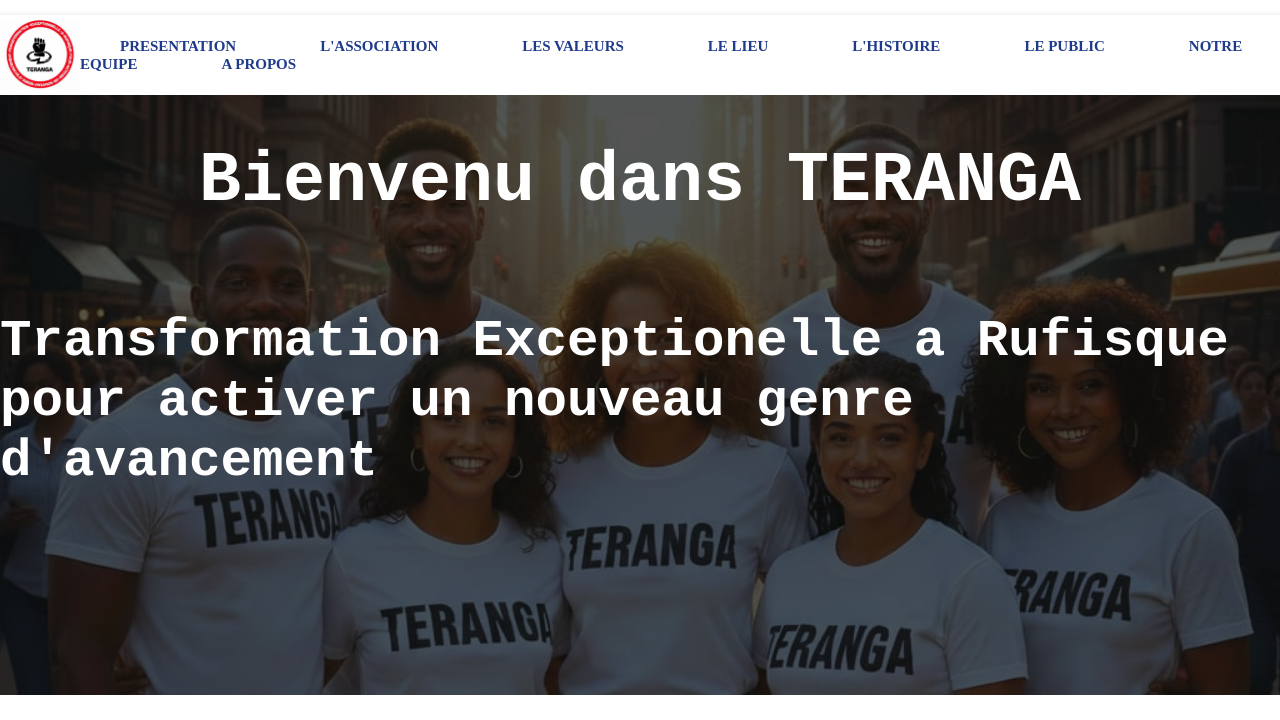
Repository: assanendao171/projet-teranga
Page: presentation.html
The author's editor kept a copy of each file at every save. The page is drawn from the files as they stood at one save, then again after the next save.
The browser window is 1280 px wide. The pictures show the whole page.

Above is the page before, as saved 2026-02-11 12:19:56.

### presentation.html
<!DOCTYPE html>
<html lang="en">
<head>
    <meta charset="UTF-8">
    <meta name="viewport" content="width=device-width, initial-scale=1.0">
    <title>Document</title>
    <link rel="stylesheet" href="presentation.css">
</head>
<body>
<!-- l'entete -->
 <header>
        <!-- logo -->
<img src="image/logo.jpeg" alt="" class="logo">
<div class="btn-nav">

    <nav>

<a href="presentation.html" target="_blank">PRESENTATION</a>
<a href="association.html" target="_blank">L'ASSOCIATION</a>
<a href="valeur.html" target="_blank">LES VALEURS</a>
<a href="lieu.html" target="_blank">LE LIEU</a>
<a href="histoire.html" target="_blank">L'HISTOIRE</a>
<a href="public.html" target="_blank">LE PUBLIC</a>
<a href="equipe.html" target="_blank">NOTRE EQUIPE</a>
<a href="propos.html" target="_blank">A PROPOS</a>
    </nav>
</div>
 </header>
 <!-- le hero -->
  <div class="hero">
<div class="texte-accrosse">
    <h1>Bienvenu dans TERANGA</h1>
    <h2>Transformation Exceptionelle a Rufisque pour activer un nouveau genre d'avancement </h2>
</div>
  </div>
 <!-- le corps -->
  <main></main>
  <!-- le pieds -->
   <footer></footer>
</body>
</html>

### presentation.css
body{
    margin: 15px 0 5px 0;
}
header{
width: 100%;
height: 80px;
background-color: #FFFFFF;
box-shadow: 2px 6px 6px 6px rgba(0, 0, 0, 0.1);
display: flex;
align-items: center;
justify-content: center;
}
nav a{
    margin: 40px;
    color: #1E3A8A;
    text-decoration: none;
    font-size: 15px;
    font-weight:900;
}
nav a:hover{
    text-decoration: underline;
}
.logo{
    width: 80px;
left: 10px;
}
.hero{
  width:100%;
  height:600px ;
  background-image:
    linear-gradient(rgba(0, 0, 0, 0.6), rgba(0, 0, 0, 0.6)),
    url("image/background.jpeg");
  background-size: cover;
  background-position: top;
  background-repeat: no-repeat;
}
.texte-accrosse{
display: flex;
flex-direction: column;
justify-content: center;
align-items: center;
color: rgb(255, 255, 255);
font-size: 35px;
font-family: 'Courier New', Courier, monospace;
}
.texte-accrosse{
display: flex;
flex-direction: column;
justify-content: center;
align-items: center;
color: rgb(255, 255, 255);
font-size: 35px;
font-family: 'Courier New', Courier, monospace;
}

After the next save:
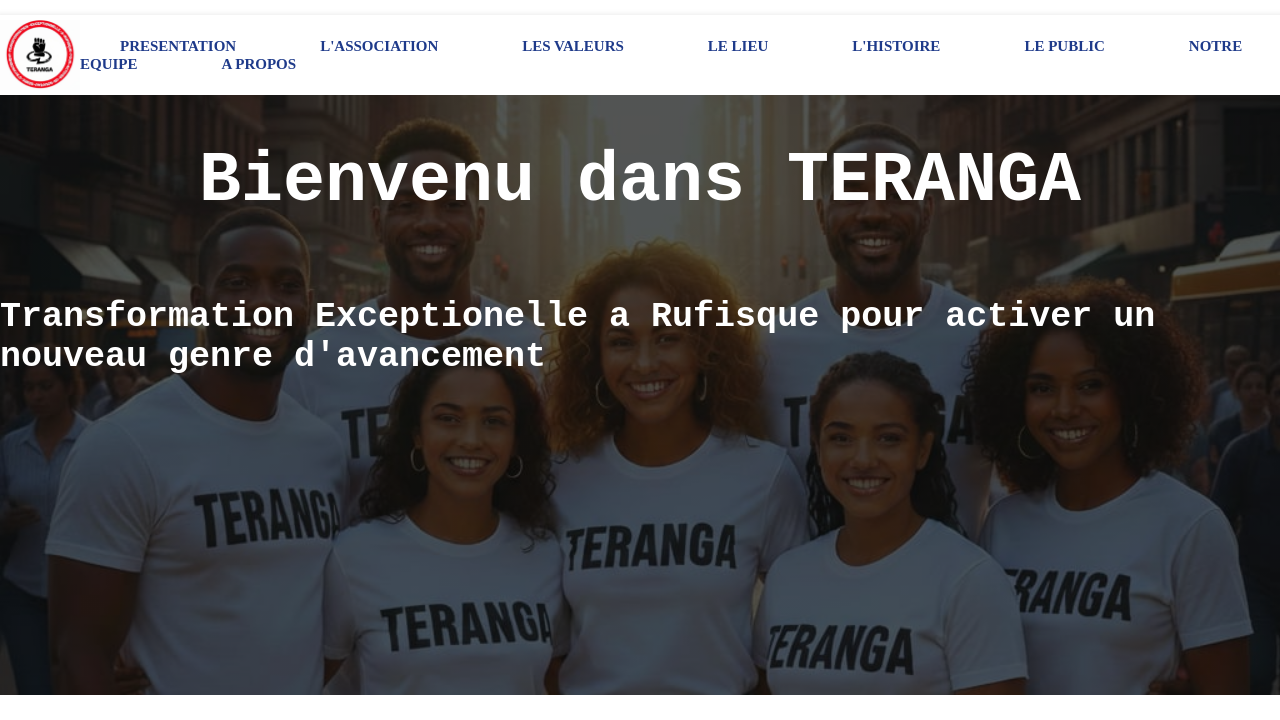
Saved 5 s later.
--- a/presentation.css
+++ b/presentation.css
@@ -43,7 +43,7 @@
 font-size: 35px;
 font-family: 'Courier New', Courier, monospace;
 }
-.texte-accrosse{
+.texte-accrosse h2{
 display: flex;
 flex-direction: column;
 justify-content: center;

After the save that followed:
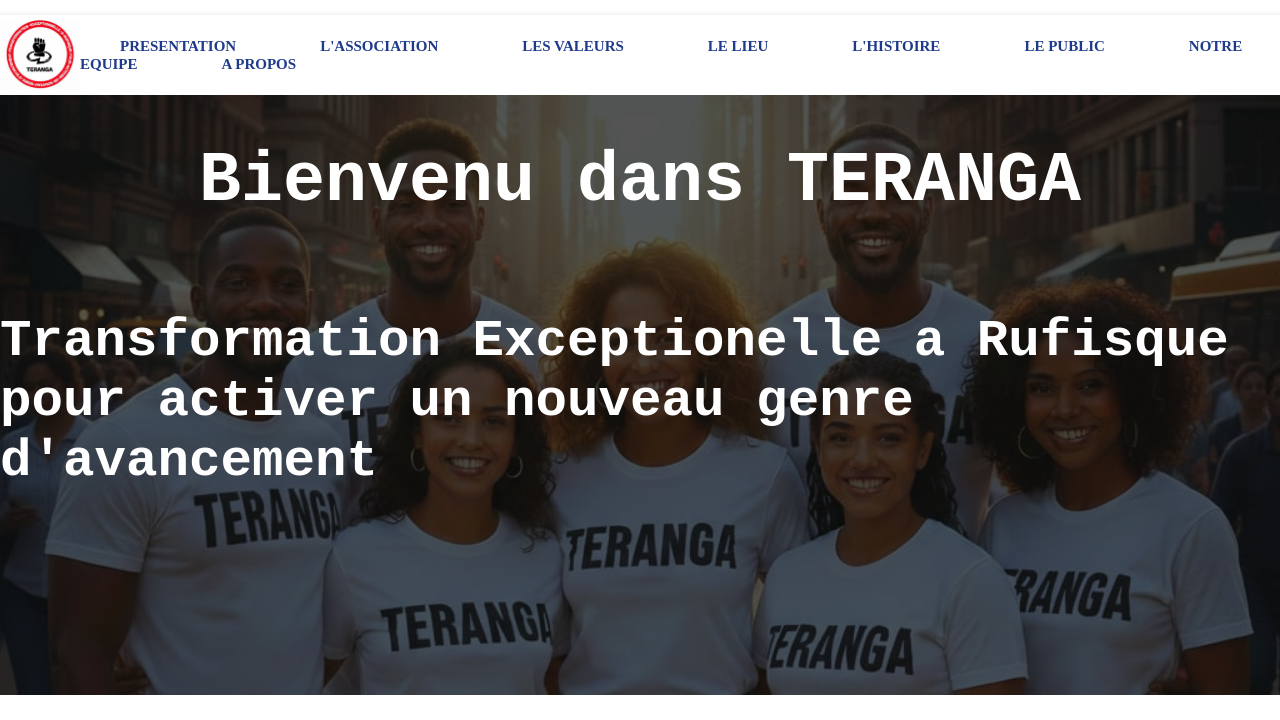
Saved 9 s later.
--- a/presentation.css
+++ b/presentation.css
@@ -43,7 +43,7 @@
 font-size: 35px;
 font-family: 'Courier New', Courier, monospace;
 }
-.texte-accrosse h2{
+.texte-accrosse{
 display: flex;
 flex-direction: column;
 justify-content: center;
